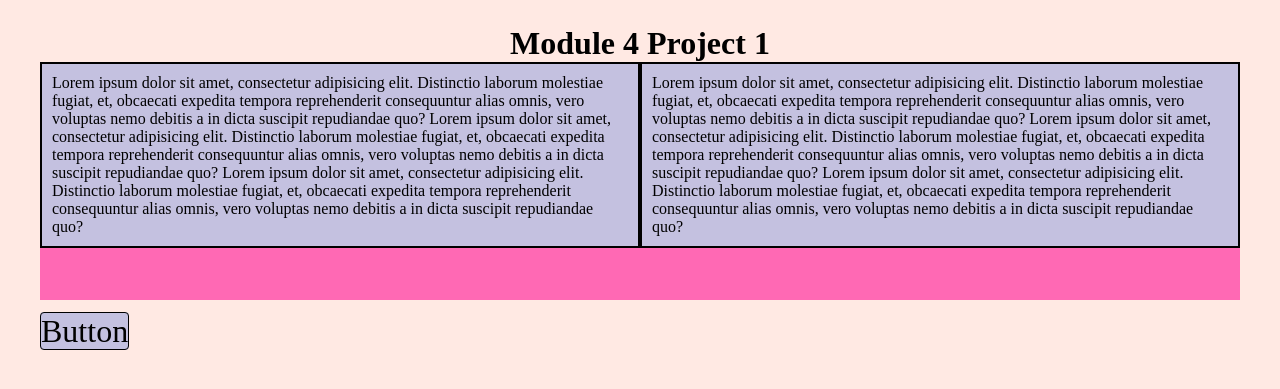
Repository: mlmEFSC21/P6-External-Style-Sheet
Page: index.html
An editor plug-in stored every save of this project. The page is shown before and after the next save, followed by the edit.
The browser window is 1280 px wide. The pictures show the whole page.

Above is the page before, as saved 2022-02-13 17:16:16.

After the next save:
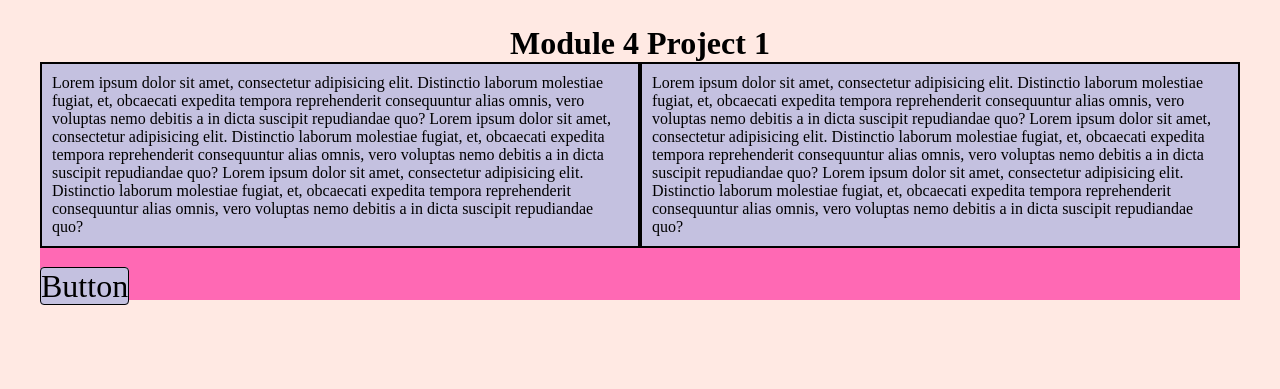
Saved 13 s later.
--- a/Styles.css
+++ b/Styles.css
@@ -47,8 +47,8 @@ a {
 }
 a.button {
     position: relative;
-    top: 50px;
-    bottom: 100;
+    top: 5px;
+    bottom: ;
     left: 0;
     right: 0;
     border: 1px solid black;
